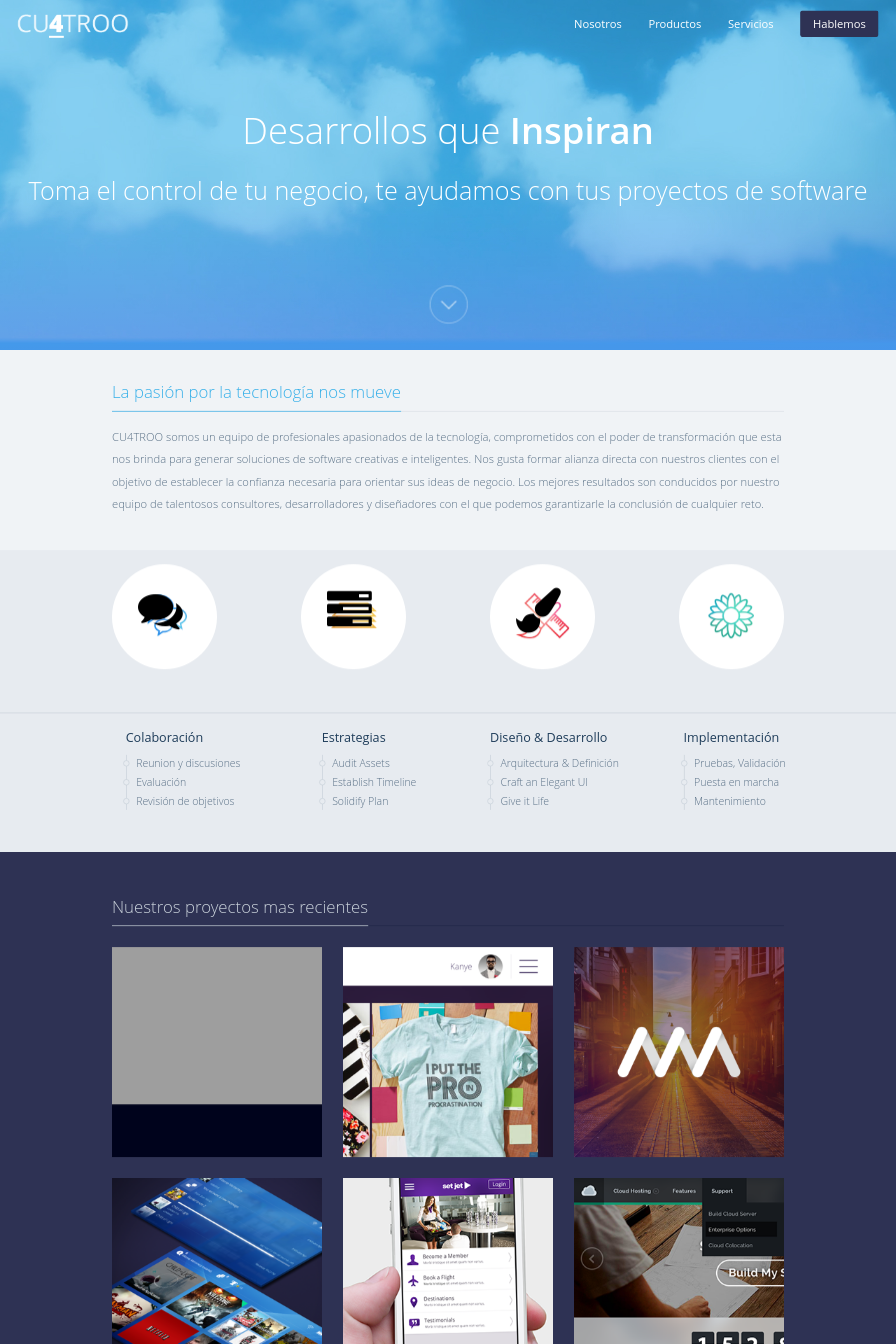
Repository: cuatroo/website
Page: index.html
The author's editor kept a record of every edit. The page is drawn from the files as they stood at one moment, then again after the next edit.
The browser window is 1280 px wide. The pictures show the part of the page from y = 0 to 1920 px (the page is 3294 px tall), at 70% of full size.
Pictures or frames that could not be fetched are drawn as grey boxes. Some web libraries are served in a nearby version.

Above is the page before.
Console error (its wording comes from the project's code and is left out).

### index.html
<!DOCTYPE html>
<!-- saved from url=(0017)http://www.cuatroo.com/ -->
<html class="skrollr skrollr-desktop"><head><meta http-equiv="Content-Type" content="text/html; charset=UTF-8">
        <meta charset="utf-8">
        <meta http-equiv="X-UA-Compatible" content="IE=edge">
        <title>CU4TROO | Soluciones de negocio a traves de la tecnologia | Mexico</title>
        <meta name="description" content="Professional Web & Development Services &amp; Small Business SaaS">
        <meta name="keywords" content="mexico tijuana sonora design, sonora website design, mexico web design, tijuana web services, mexico app design, tijuana app design, sonora app design">
        <meta name="author" content="CU4TROO">
        <meta name="viewport" content="width=device-width, initial-scale=1">

        <link rel="shortcut icon" type="image/png" href="./assets/img/favicon.ico">
        <link rel="stylesheet" href="./assets/css/main.css">
        <link rel="stylesheet" href="./assets/font-awesome/css/font-awesome.min.css">
    </head>
    <body style="height: 3293px;">

        <!--[if lt IE 8]>
            <div class="browseHappy">
		        <p class="browsehappy">You are using an <strong>outdated</strong> browser. Please <a href="http://browsehappy.com/">upgrade your browser</a> to improve your experience.</p>
	        </div>
        <![endif]-->

        <!-- Welcome -->
        <div class="welcome" style="display: none;">
	        <h2>Software que <span>Inspira</span></h2>
	        <h3>Haga crecer su negocio conf <span>calidad</span></h3>
        </div>

        <div id="mainViewpoint">
	        <!-- Header -->
	        <header id="header">
	        	<nav id="navigation" data-400="background: rgba(55, 176, 233, 0)" data-432="background: rgba(55, 176, 233, .98)" class="skrollable skrollable-between" style="background: rgba(55, 176, 233, 0.980392);">
	        		<a class="logo left" href="#">

					<img src="./assets/img/logo_cu4troo.png" >
	        		</a>
	        		<ul class="right">
	        			<li><a href="#about">Nosotros</a></li>
	        			<li><a href="#work">Productos</a></li>
	        			<li><a href="#services">Servicios</a></li>
	        			<li><a class="contactD3sign" href="#talk">Hablemos</a></li>
	        		</ul>
	        		<a class="mobileNav right" href="#"><span class="icon"></span></a>
	        		<div class="clear"></div>
	        		 <div class="mobileMenu">
			        	<ul>
			        		<li><a href="#about">Nosotros</a></li>
				        	<li><a href="#work">Productos</a></li>
				        	<li><a href="#services">Servicios</a></li>
				        	<li><a href="#talk">Hablemos</a></li>
			        	</ul>
			        </div>
	        	</nav>
	        	<!-- Hero -->
	        	<div class="hero skrollable skrollable-after" data-0="background-position: 0 0px; opacity: 1" data-400="background-position: 0 -30px; opacity: 0" style="opacity: 0; background-position: 0px -30px;">
		        	<h2 data-0="padding-top: 160px" data-400="padding-top: 50px" class="skrollable skrollable-after" style="padding-top: 50px;">Desarrollos que <span>Inspiran</span></h2>
		        	<h3>Toma el control de tu negocio, te ayudamos con tus proyectos de </span>software</h3>
		        	<a data-0="bottom: 40px" data-400="bottom: 250px" class="scrollDown skrollable skrollable-after" href="#about" style="bottom: 250px;"><span class="icon"></span></a>
	        	</div>
	        </header>
	        <div id="skrollr-body">
		        <div id="main" style="height: 1200px">
		        	<!-- About -->
		        	<section id="about">
		        		<div class="wrapper">
		        			<header>
		        				<h3>La pasi&oacute;n por la tecnolog&iacute;a nos mueve </h3>
		        			</header>
		        			<p>CU4TROO somos un equipo de profesionales apasionados de la tecnolog&iacute;a, comprometidos con el poder de transformaci&oacute;n que esta nos brinda para generar soluciones de software creativas e inteligentes. Nos gusta formar alianza directa con nuestros clientes con el objetivo de establecer la confianza necesaria para orientar sus ideas de negocio. Los mejores resultados son conducidos por nuestro equipo de talentosos consultores, desarrolladores y diseñadores con el que podemos garantizarle la conclusi&oacute;n de cualquier reto.</p>
		        		</div>
		        		<div class="workFlow animate">
		        			<div class="wrapper">
		        				<ul>
		        					<li class="collaborate animate">
			        					<div class="iconContainer">
			        						<span class="shadowEffect"></span>
			        						<span class="icon"><i class="fa fa-comments fa-4x"></i></span>

			        					</div>
			        					<span class="point autoCenter"></span>
			        					<div class="details" style="width: 92px;">
				        					<h4>Colaboraci&oacute;n</h4>
				        					<ul>
				        						<li>Reunion y discusiones</li>
				        						<li>Evaluaci&oacute;n</li>
				        						<li>Revisi&oacute;n de objetivos</li>
				        					</ul>
			        					</div>
		        					</li>
		        					<li class="strategize animate">
			        					<div class="iconContainer">
			        						<span class="shadowEffect"></span>
			        						<span class="icon"><i class="fa fa-tasks fa-4x"></i></span>
			        					</div>
			        					<span class="point autoCenter"></span>
			        					<div class="details" style="width: 81px;">
				        					<h4>Estrategias</h4>
				        					<ul>
				        						<li>Audit Assets</li>
				        						<li>Establish Timeline</li>
				        						<li>Solidify Plan</li>
				        					</ul>
			        					</div>
		        					</li>
		        					<li class="dev animate">
			        					<div class="iconContainer">
			        						<span class="shadowEffect"></span>
			        						<span class="icon"><i class="fa fa-paint-brush fa-4x"></i></span>
			        					</div>
			        					<span class="point autoCenter"></span>
			        					<div class="details" style="width: 144px;">
				        					<h4>Diseño &amp; Desarrollo</h4>
				        					<ul>
				        						<li>Arquitectura &amp; Definici&oacute;n</li>
				        						<li>Craft an Elegant UI</li>
				        						<li>Give it Life</li>
				        					</ul>
			        					</div>
		        					</li>
		        					<li class="implement animate">
			        					<div class="iconContainer">
			        						<span class="shadowEffect"></span>
			        						<span class="icon"></span>
			        					</div>
			        					<span class="point autoCenter"></span>
			        					<div class="details" style="width: 84px;">
				        					<h4>Implementaci&oacute;n</h4>
				        					<ul>
                                                <li>Pruebas, Validaci&oacute;n</li>
				        						<li>Puesta en marcha</li>
				        						<li>Mantenimiento</li>
				        					</ul>
			        					</div>
		        					</li>
		        				</ul>
		        				<div class="clear"></div>
		        			</div>
		        		</div>
		        	</section>
		        	<section id="work">
			        	<div class="wrapper">
				        	<header>
		        				<h3>Nuestros proyectos mas recientes</h3>
		        			</header>
		        			<div class="gallery animate">
                                <div class="shotWrapper" data-img="assets/img/raveil.png">
                                    <div class="shot" style="background: url(assets/img/raveil_preview.png)">
                                        <div class="overlay">
                                            <div class="contentContainer">
                                                <header>
                                                    <h4>Racks Inc. Inventario</h4>
                                                    <p>UI/UX Design &amp; Development</p>
                                                </header>
                                                <a class="viewProject" href="#">View Project</a>
                                            </div>
                                        </div>
                                    </div>
                                </div>
                                <div class="shotWrapper" data-img="assets/img/mysalesclub.png">
                                    <div class="shot" style="background: url(assets/img/mysalesclub_preview.png)">
                                        <div class="overlay">
                                            <div class="contentContainer">
                                                <header>
                                                    <h4>My Sales Club</h4>
                                                    <p>UI/UX Design &amp; Development</p>
                                                </header>
                                                <a class="viewProject" href="#">View Project</a>
                                            </div>
                                        </div>
                                    </div>
                                </div>
                                <div class="shotWrapper" data-img="assets/img/ams.png">
                                    <div class="shot" style="background: url(assets/img/ams_preview.png)">
                                        <div class="overlay">
                                            <div class="contentContainer">
                                                <header>
                                                    <h4>Amazing Media Solutions</h4>
                                                    <p>UI Design &amp; WordPress Development</p>
                                                </header>
                                                <a class="viewProject" href="#">View Project</a>
                                            </div>
                                        </div>
                                    </div>
                                </div>
                                <div class="shotWrapper" data-img="assets/img/vita.png">
                                    <div class="shot" style="background: url(assets/img/vita_preview.png)">
                                        <div class="overlay">
                                            <div class="contentContainer">
                                                <header>
                                                    <h4>PSVita Redesign</h4>
                                                    <p>UI/UX Redesign Concept</p>
                                                </header>
                                                <a class="viewProject" href="#">View Project</a>
                                            </div>
                                        </div>
                                    </div>
                                </div>
		        				<div class="shotWrapper" data-img="assets/img/setjet.png">
		        					<div class="shot" style="background: url(assets/img/setjet_preview.png)">
		        						<div class="overlay">
		        							<div class="contentContainer">
		        								<header>
		        									<h4>Set Jet Mobile App</h4>
		        									<p>UI Design &amp; Mobile Development</p>
		        								</header>
		        								<a class="viewProject" href="#">View Project</a>
		        							</div>
		        						</div>
		        					</div>
		        				</div>
		        				<div class="shotWrapper" data-img="assets/img/besthost.png">
		        					<div class="shot" style="background: url(assets/img/besthost_preview.png)">
		        						<div class="overlay">
		        							<div class="contentContainer">
		        								<header>
		        									<h4>BestHost WP Theme</h4>
		        									<p>UI Design &amp; WordPress Development</p>
		        								</header>
		        								<a class="viewProject" href="#">View Project</a>
		        							</div>
		        						</div>
		        					</div>
		        				</div>
		        				<div class="clear"></div>
		        			</div>
			        	</div>
		        	</section>
		        	<section id="services">
		        		<div class="wrapper">
		        			<header>
		        				<h3>Ser</h3>
		        			</header>
		        			<p>Great interfaces are unified systems of visuals and interactions that solve complex problems with empathy for the end-user. Whether it's on the web, desktop, mobile, or all three, our team loves bringing concepts to life by using a variety of languages and platforms.</p>
							<div class="responsiveDesign animate">
								<div class="image"></div>
							</div>
		        		</div>
						<div class="serviceDetails">
							<div class="wrapper">
								<div class="column">
									<header>
					        			<h3>Servicios en la nube</h3>
									</header>
									<p>Your brand is your business. It is the visual system that expresses your personality, values, and competitive edge. With conceptualized brand identities, we deliver a comprehensive style guide of customized bold, clean marks, typeface, color palettes, and marketing collateral.</p>
								</div>
								<div class="column">
									<header>
					        			<h3>Diseño Web &amp; Mobile</h3>
									</header>
									<p>A brand is only as successful as its implementation. We take a holistic approach to brand application, channeling the design process to the web experience. This means smart design for the tech savvy, as well as user-friendly design for the less tech-versed. Placing emphasis on human experience, we apply strong, intentional visuals across all screen sizes.</p>
								</div>
								<div class="column">
									<header>
					        			<h3>Desarrollo</h3>
									</header>
									<p>Don’t blow your concept in the execution. Make sure you have the right development team to efficiently carry out your design elements across multiple platforms. And the team that can define a user-friendly CMS to enable you to manage your site update your own content. Fortunately for you, web development is our sweet spot.</p>
								</div>
								<div class="clear"></div>
							</div>
		        		</div>
		        	</section>
		        	<section id="letsTalk">
                        <a class="contactD3sign" href="#"><h4><span>Hablemos</span> acerca de su siguiente proyecto <span class="icon"></span></h4></a>
		        	</section>
		        	<footer>
		        		<div class="logo left">

							 	<img src="./assets/img/logo_cu4troo.png" >

		        		</div>
		        		<ul class="right">
		        			<li><a href="#about">Nosotros</a></li>
		        			<li><a href="#work">Trabajos</a></li>
		        			<li><a href="#services">Servicios</a></li>
		        			<li><a class="contactD3sign" href="#talk">Hablemos</a></li>
		        		</ul>
		        	</footer>
		        </div>
	        </div>
        </div>
        <div class="contactModal">
        	<div class="modalWrapper">
        		<div class="modal">
        			<div class="contentContainer">
        				<h2><span>Hablemos</span> acerca de su siguiente proyecto</h2>
                        <p>Nos encantaría ayudar a elaborar estrategias, diseñar, construir y ejecutar su idea. La investigacion de su proyecto es muy importante para nosotros, Seguro encontraremos la mejor forma de servirle</p>

        			</div>
        			<form method="post" action="assets/inc/contact.php" id="contactForm">
	        			<div class="formContainer">
	        				<div class="contentContainer">
		        				<div class="inputContainer">
		        					<input type="text" name="name" id="name" placeholder="Nombre" required="">
		        				</div>
		        				<div class="inputContainer">
		        					<input type="text" name="email" id="email" placeholder="Correo Electronico" required="">
		        				</div>
		        				<div class="messageContainer">
		        					<textarea name="message" id="message" placeholder="Cuentenos acerca de su emocionante proyecto.." required=""></textarea>
		        				</div>
		        				<div class="budgetContainer">
		        					<label>Presupuesto para su proyecto <span class="budgetAmount">$5,000</span></label>
		        					<div class="budgetSlider ui-slider ui-slider-horizontal ui-widget ui-widget-content ui-corner-all" aria-disabled="false"><div class="ui-slider-range ui-widget-header ui-corner-all ui-slider-range-min" style="width: 7.40740740740741%;"></div><a class="ui-slider-handle ui-state-default ui-corner-all" href="http://www.cuatroo.com/#" style="left: 7.40740740740741%;"></a></div>
		        				</div>
	        				</div>
	        			</div>
	        			<div class="formActions">
	        				<button class="secondaryBtn">Cancelar</button>
	        				<button class="primaryBtn">Enviar Mensaje</button>
	        			</div>
        			</form>
        			<div class="loadingOverlay">
	        			<div class="loadingIcon"></div>
        			</div>
        			<div class="successOverlay">
        				<h2>We received your project inquiry.</h2>
        				<p>We'll do our best to respond within a few business days. </p>
        				<a class="close" href="#">Cerrar</a>
        			</div>
        		</div>
        	</div>
        </div>
        <script async="" src="//www.google-analytics.com/analytics.js"></script>
        <script src="http://ajax.googleapis.com/ajax/libs/jquery/1.11.0/jquery.min.js"></script>
        <script src="http://ajax.googleapis.com/ajax/libs/jqueryui/1.10.4/jquery-ui.min.js"></script>
        <script src="./assets/js/main.js"></script>
        <script src="./assets/js/skrollr.min.js"></script>
        <script src="./assets/js/waypoints.min.js"></script>
        <script>
          (function(i,s,o,g,r,a,m){i['GoogleAnalyticsObject']=r;i[r]=i[r]||function(){
          (i[r].q=i[r].q||[]).push(arguments)},i[r].l=1*new Date();a=s.createElement(o),
          m=s.getElementsByTagName(o)[0];a.async=1;a.src=g;m.parentNode.insertBefore(a,m)
          })(window,document,'script','//www.google-analytics.com/analytics.js','ga');

          ga('create', 'UA-46824321-1', 'auto');
          ga('send', 'pageview');

        </script>


</body></html>

Loaded but not shown: assets/font-awesome/css/font-awesome.min.css (library); assets/js/skrollr.min.js (library); assets/js/waypoints.min.js (library); assets/js/main.js (257 lines, source omitted); assets/css/main.css (1855 lines, source omitted)

After the next edit:
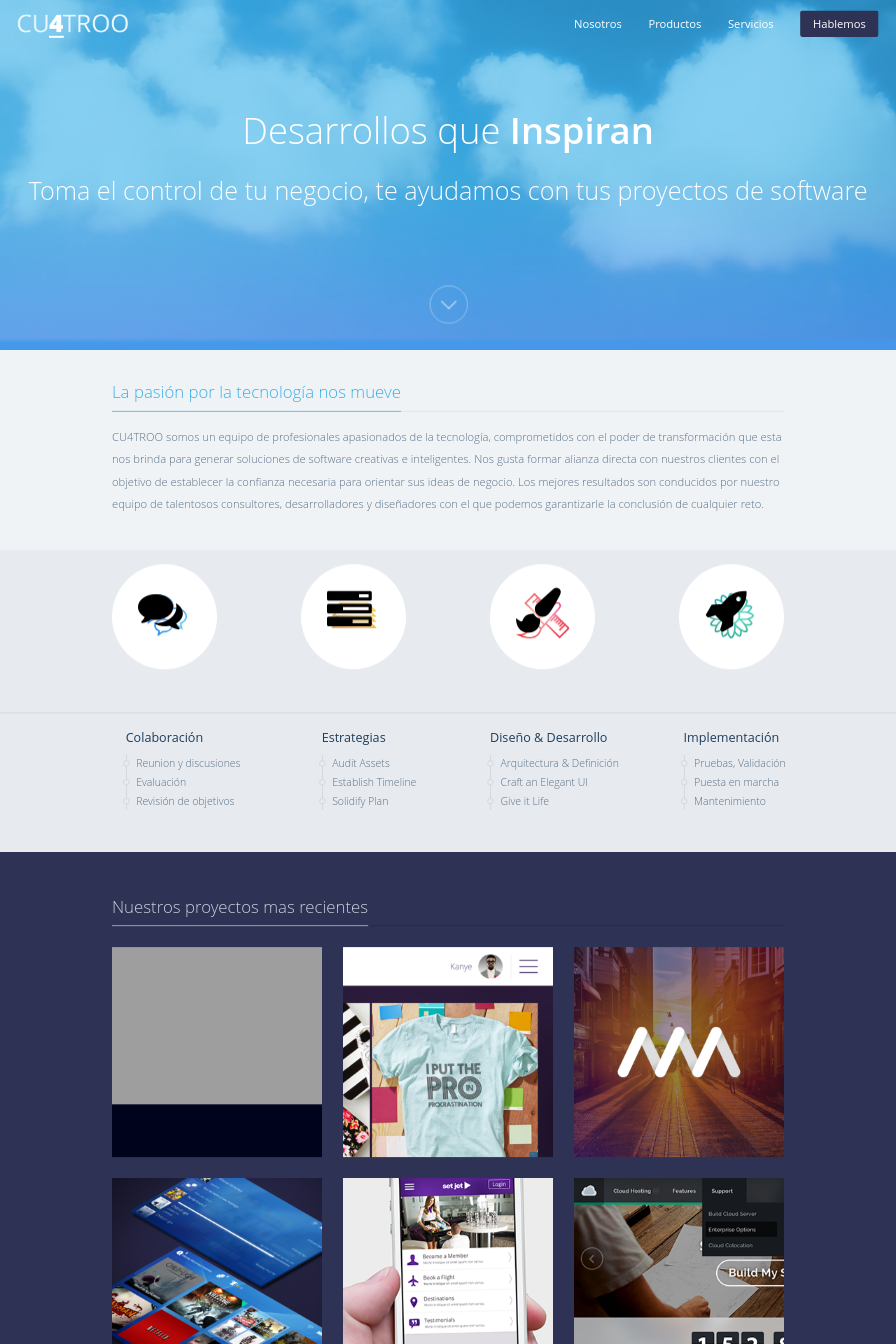
The edit:
--- a/index.html
+++ b/index.html
@@ -121,7 +121,7 @@
 		        					<li class="implement animate">
 			        					<div class="iconContainer">
 			        						<span class="shadowEffect"></span>
-			        						<span class="icon"></span>
+			        						<span class="icon"><i class="fa fa-rocket fa-4x"></i></span>
 			        					</div>
 			        					<span class="point autoCenter"></span>
 			        					<div class="details" style="width: 84px;">
